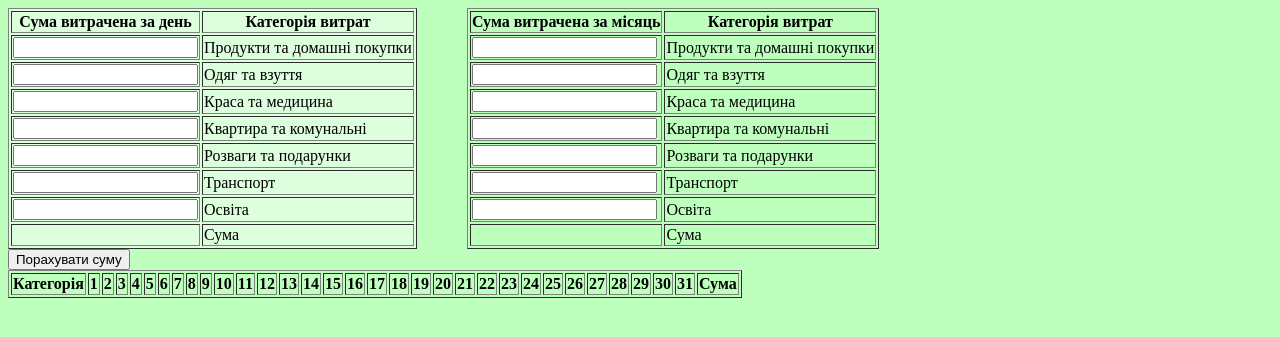
Repository: alexandrastarovoyda-star/Planer2
Page: index.html
An editor plug-in stored every save of this project. The page is shown before and after the next save, followed by the edit.
The browser window is 1280 px wide. The pictures show the whole page.

Above is the page before, as saved 2026-03-28 20:57:29.
Console error: ReferenceError: CalculeteMonthSum is not defined

After the next save:
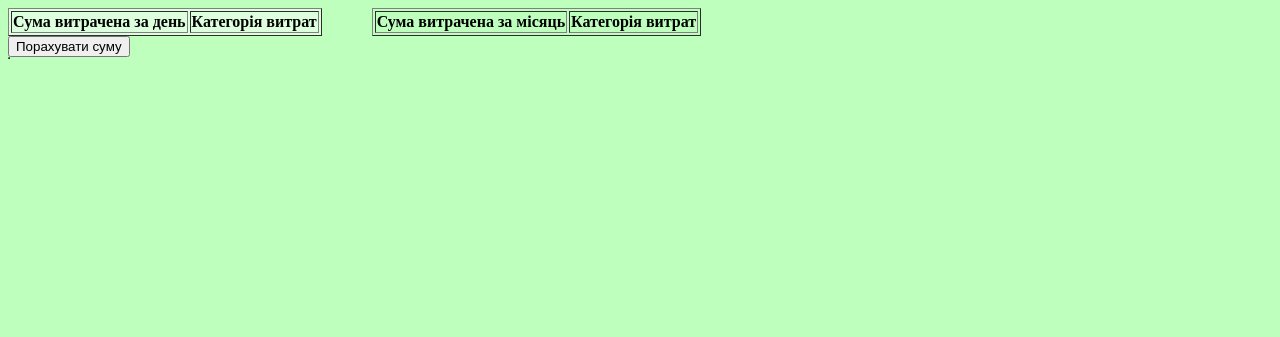
Console error: SyntaxError: missing ) after argument list
Saved 37 s later.
--- a/js/index.js
+++ b/js/index.js
@@ -104,6 +104,7 @@
     document.getElementById('month_table').appendChild(header);
 }
 {
+    categories.forEach(function(){
     const tr = document.createElement('tr');
     const tdCat = document.createElement('td');
     tdCat.textContent =
@@ -120,4 +121,5 @@
     tdSum.textContent = 'Сума';
     tr.appendChild(tdSum);
     document.getElementById('month_table').appendChild(tr);
+
 }

After the save that followed:
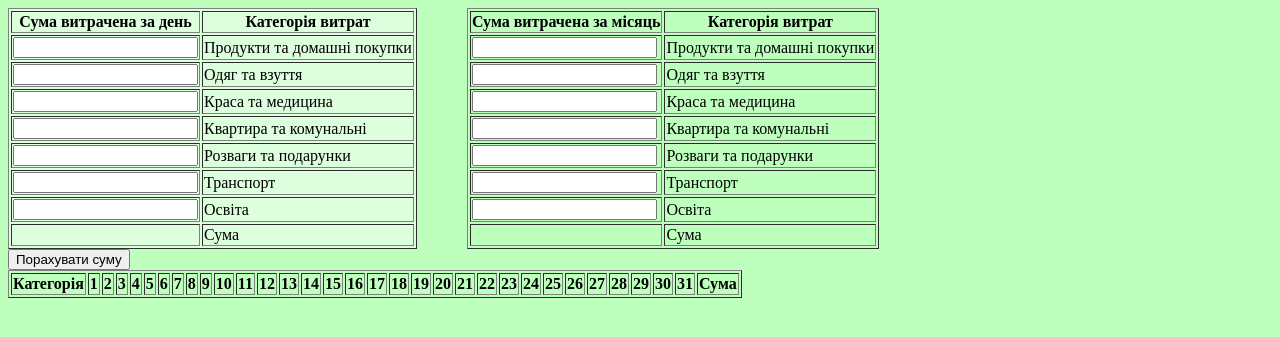
Console error: ReferenceError: CalculeteMonthSum is not defined
Saved 18 s later.
--- a/js/index.js
+++ b/js/index.js
@@ -105,21 +105,21 @@
 }
 {
     categories.forEach(function(){
-    const tr = document.createElement('tr');
-    const tdCat = document.createElement('td');
-    tdCat.textContent =
-    tr.appendChild(tdCat);
-    for( let day = 1; day <= 31; day++){
-        const td = document.createElement('td');
-        const input = document.createElement('input');
-        input.type = 'number';
-        input.addEventListener('input', CalculeteMonthSum);
-        td.appendChild(input);
-        tr.appendChild(td);
-    }
-    const tdSum = document.createElement('td');
-    tdSum.textContent = 'Сума';
-    tr.appendChild(tdSum);
-    document.getElementById('month_table').appendChild(tr);
-
+        const tr = document.createElement('tr');
+        const tdCat = document.createElement('td');
+        tdCat.textContent =
+        tr.appendChild(tdCat);
+        for( let day = 1; day <= 31; day++){
+            const td = document.createElement('td');
+            const input = document.createElement('input');
+            input.type = 'number';
+            input.addEventListener('input', CalculeteMonthSum);
+            td.appendChild(input);
+            tr.appendChild(td);
+        }
+        const tdSum = document.createElement('td');
+        tdSum.textContent = 'Сума';
+        tr.appendChild(tdSum);
+        document.getElementById('month_table').appendChild(tr);
+    })
 }
